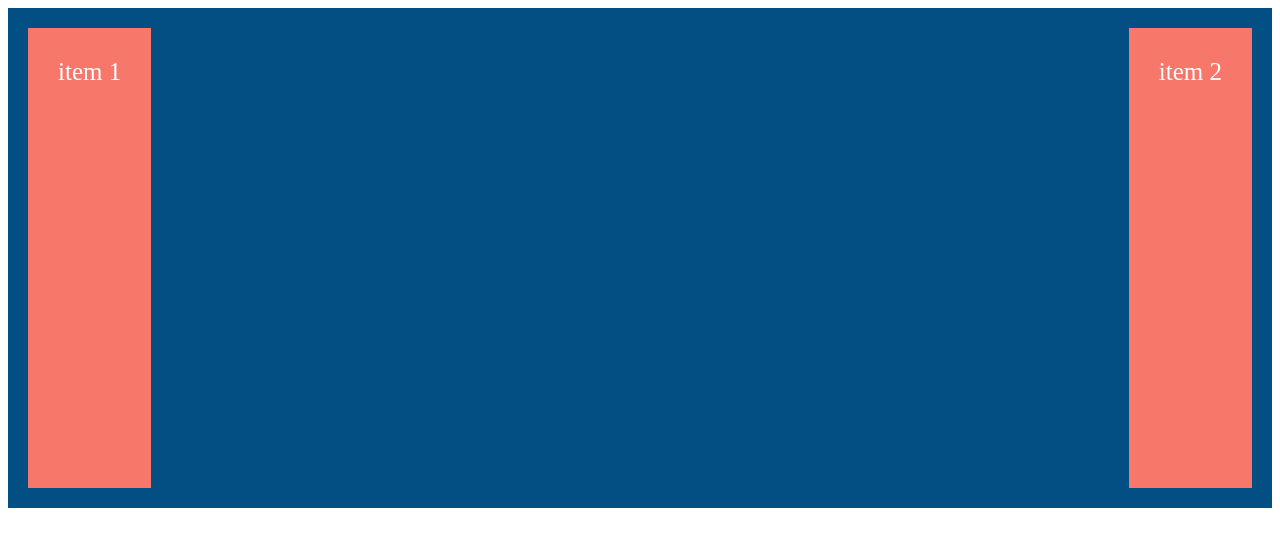
Repository: mehmetbuber38/flex
Page: flex-margin.html
These files come from the project's save history. The page is drawn as it stood at one moment and after the next save; the edit follows.
The browser window is 1280 px wide. The pictures show the whole page.

Above is the page before, as saved 2022-01-31 21:37:14.

### flex-margin.html
<!DOCTYPE html>
<html lang="en">

<head>
    <meta charset="UTF-8">
    <meta http-equiv="X-UA-Compatible" content="IE=edge">
    <meta name="viewport" content="width=device-width, initial-scale=1.0">
    <title>Flex Container</title>
</head>
<style>
    .container {
        display: flex;

        height: 500px;
        background-color: #034f84;
        /* align-items: center;
        justify-content: center; */


    }

    .item {
        background-color: #f7786b;
        padding: 30px;
        margin: 20px;
        color: #fff;
        font-size: 25px;
        /* margin: auto; */
        /* margin-top: auto; */
        /* margin-bottom: auto; */
        /* margin-right: auto; */
        /* margin-left: auto;
        margin-top: auto; */
    }

    .item-1 {
        margin-right: auto;

    }

    .item-2 {
        margin-left: auto;
    }
</style>

<body>
    <div class="container">
        <div class="item item-1">item 1</div>
        <div class="item item-2">item 2</div>


    </div>

</body>

</html>

After the next save:
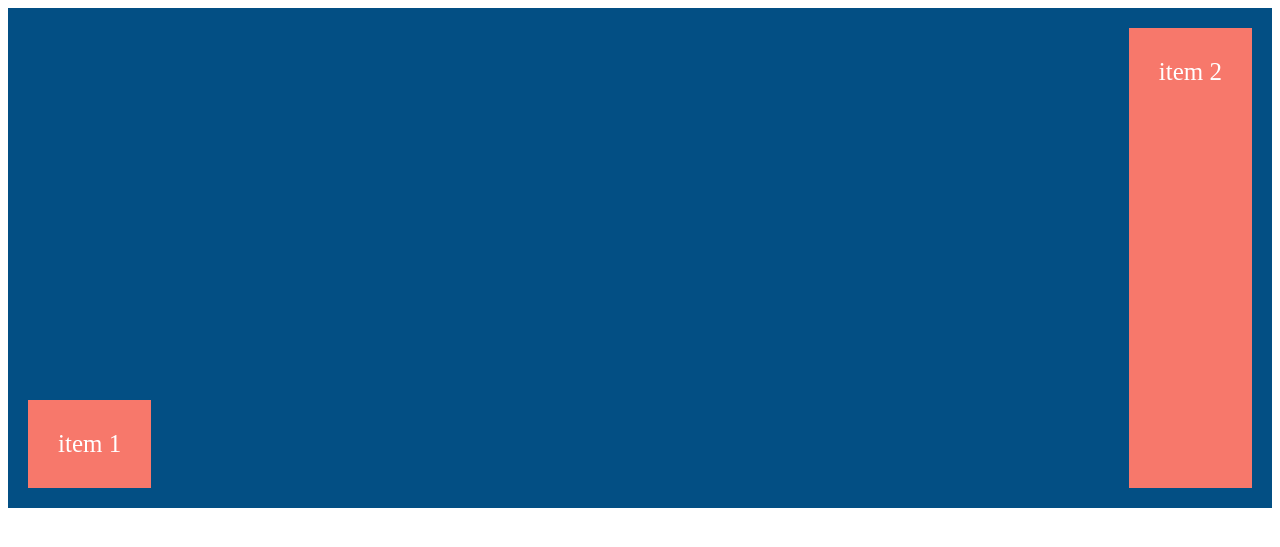
Saved 5 s later.
--- a/flex-margin.html
+++ b/flex-margin.html
@@ -35,6 +35,7 @@
 
     .item-1 {
         margin-right: auto;
+        margin-top: auto;
 
     }
 
